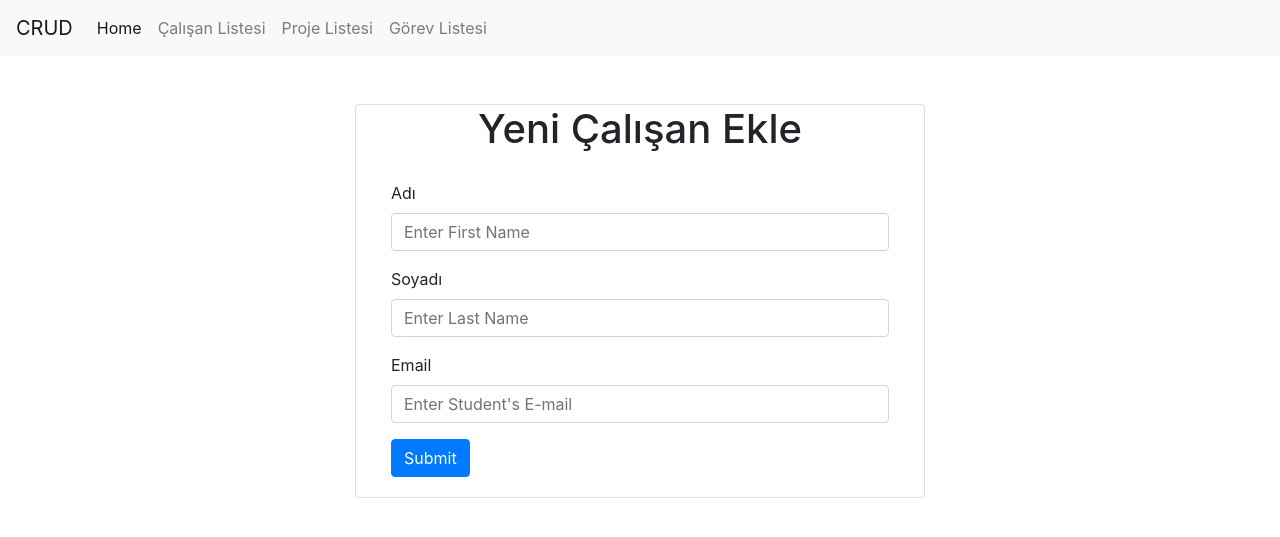
Repository: AhmetOzgul/veri_Taban-_proje
Page: http://localhost/user-add
These files come from the project's save history. The page is drawn as it stood at one moment and after a run of saves; the edit follows.
The browser window is 1280 px wide. The pictures show the whole page.
The page is this project's Thymeleaf template; nobody is signed in. The template is opened directly, without the code that normally fills it, so the values that code supplies are empty.

Above is the page before, as saved 2024-01-17 21:03:36.

After the next 2 saves:
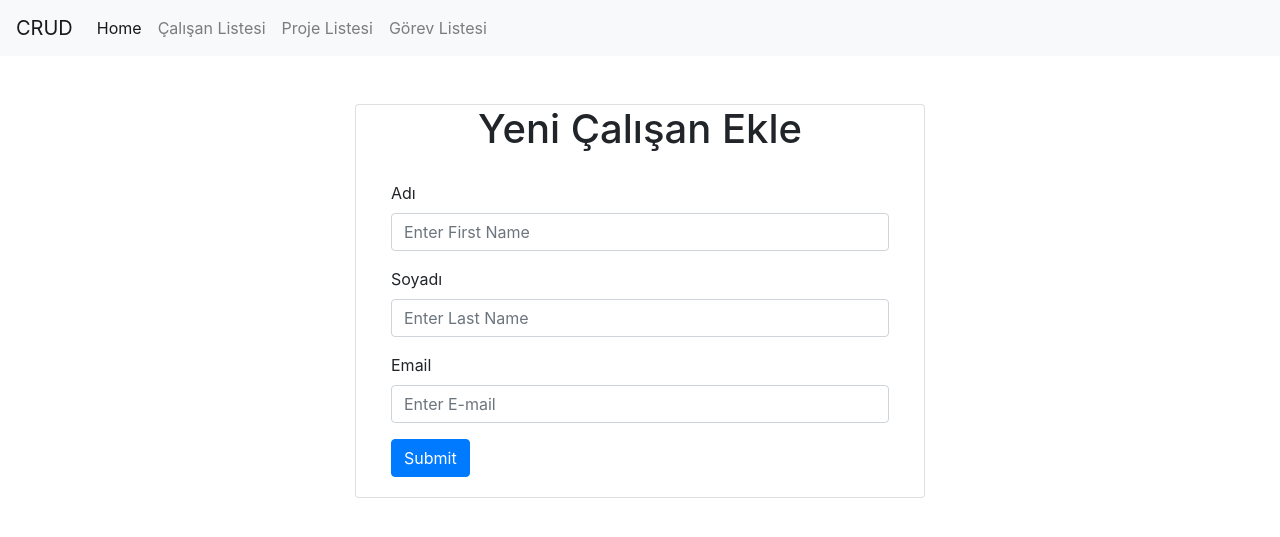
The 2 saves are shown as one change because they came seconds apart.
The last was saved 11 s later.
--- a/vtys2/vtys/src/main/resources/templates/user-add.html
+++ b/vtys2/vtys/src/main/resources/templates/user-add.html
@@ -64,7 +64,7 @@
 							name="email"
 							th:field="*{email}"
 							class="form-control"
-							placeholder="Enter Student's E-mail "
+							placeholder="Enter E-mail "
 							/>
 						</div>
 
